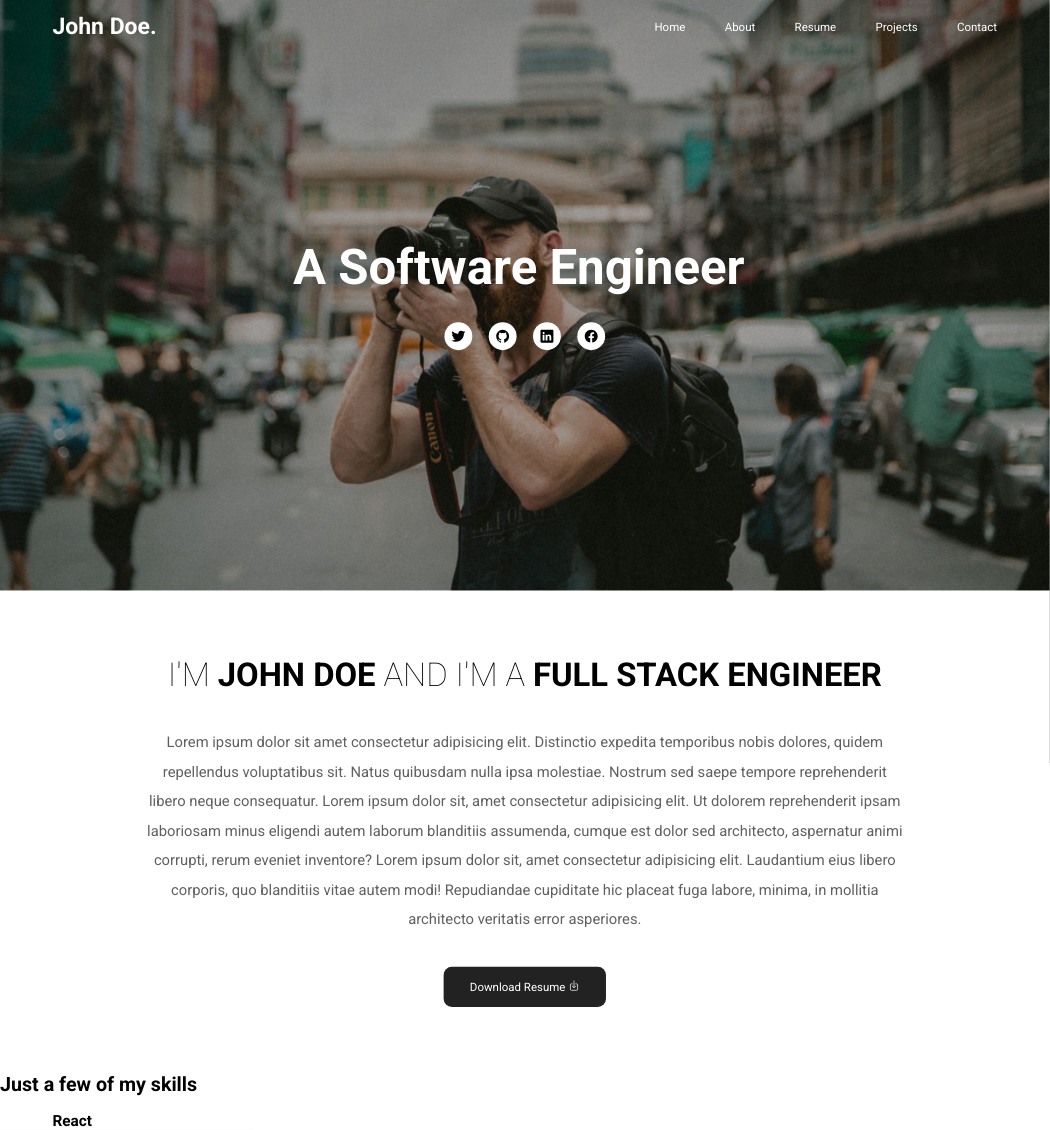
Repository: DevAntonioRogers/portfolio-tutorial
Page: index.html
The author's editor kept a copy of each file at every save. The page is drawn from the files as they stood at one save, then again after the next save.
The browser window is 1280 px wide. The pictures show the whole page, at 82% of full size.
Backgrounds fixed to the window are drawn as part of the page.

Above is the page before, as saved 2023-10-31 23:33:11.

### index.html
<!DOCTYPE html>
<html lang="en">
  <head>
    <meta charset="UTF-8" />
    <meta
      name="viewport"
      content="width=device-width, initial-scale=1.0"
    />
    <script src="https://unpkg.com/typed.js@2.0.16/dist/typed.umd.js"></script>
    <script
      type="module"
      src="https://unpkg.com/ionicons@7.1.0/dist/ionicons/ionicons.esm.js"
    ></script>
    <script
      nomodule
      src="https://unpkg.com/ionicons@7.1.0/dist/ionicons/ionicons.js"
    ></script>
    <link rel="stylesheet" href="./styles/main.css" />
    <title>John Doe Portfolio</title>
  </head>
  <body>
    <!-------- NAVBAR --------->
    <header>
      <nav role="navigation" aria-label="Navigation">
        <div class="container navbar">
          <h1>John Doe.</h1>

          <ul class="nav-menu">
            <li><a href="#home">Home</a></li>
            <li><a href="#about">About</a></li>
            <li><a href="#resume">Resume</a></li>
            <li><a href="#projects">Projects</a></li>
            <li><a href="#contact">Contact</a></li>
          </ul>

          <button
            aria-label="Toggle Mobile Menu"
            class="hamburger"
          >
            <span class="bar"></span>
            <span class="bar"></span>
            <span class="bar"></span>
          </button>
        </div>
      </nav>
    </header>

    <main>
      <!--HERO SECTION -->
      <section id="home" class="hero">
        <div class="hero-overlay"></div>
        <div class="container hero-content">
          <div class="hero-text">
            <h2 id="typed-text"></h2>
          </div>

          <div
            class="hero-socials"
            aria-label="Social Media Links"
          >
            <a href="#" aria-label="Twitter Link"
              ><ion-icon name="logo-twitter"></ion-icon
            ></a>
            <a href="#" aria-label="Github Link"
              ><ion-icon name="logo-github"></ion-icon
            ></a>
            <a href="#" aria-label="LinkedIn Link"
              ><ion-icon name="logo-linkedin"></ion-icon
            ></a>
            <a href="#" aria-label="Facebook Link"
              ><ion-icon name="logo-facebook"></ion-icon
            ></a>
          </div>
        </div>
      </section>

      <!--ABOUT SECTION-->
      <section class="about" id="about">
        <div class="container">
          <h1>
            I'm <strong>John Doe</strong> and I'm a
            <strong>full stack engineer</strong>
          </h1>

          <div class="about-info">
            <p>
              Lorem ipsum dolor sit amet consectetur
              adipisicing elit. Distinctio expedita
              temporibus nobis dolores, quidem repellendus
              voluptatibus sit. Natus quibusdam nulla ipsa
              molestiae. Nostrum sed saepe tempore
              reprehenderit libero neque consequatur. Lorem
              ipsum dolor sit, amet consectetur adipisicing
              elit. Ut dolorem reprehenderit ipsam
              laboriosam minus eligendi autem laborum
              blanditiis assumenda, cumque est dolor sed
              architecto, aspernatur animi corrupti, rerum
              eveniet inventore? Lorem ipsum dolor sit, amet
              consectetur adipisicing elit. Laudantium eius
              libero corporis, quo blanditiis vitae autem
              modi! Repudiandae cupiditate hic placeat fuga
              labore, minima, in mollitia architecto
              veritatis error asperiores.
            </p>
          </div>

          <button
            class="about-button"
            aria-label="Download Resume Button"
          >
            Download Resume
            <ion-icon
              name="download-outline"
              aria-hidden="true"
            ></ion-icon>
          </button>
        </div>
      </section>

      <!--SKILLS SECTION-->
      <section class="skills" id="skills">
        <h1>Just a few of my <strong>skills</strong></h1>
        <div class="container skill-grid">
          <div class="skill">
            <ion-icon
            name=""logo-react"
            class="skill-icon"
            aria-hidden="true"
            ></ion-icon>
            <h3>React</h3>
            <p></p>
          </div>
        </div>
      </section>
    </main>

    <script src="./app.js"></script>
  </body>
</html>

### styles/main.css
@import url("https://fonts.googleapis.com/css2?family=Roboto:wght@100;400;500;700&display=swap");
@import url(./navbar.css);
@import url(./hero.css);
@import url(./about.css);

* {
  box-sizing: border-box;
  padding: 0;
  margin: 0;
  font-family: "Roboto", sans-serif;
}

html {
  scroll-behavior: smooth;
}

li {
  list-style: none;
}

a {
  text-decoration: none;
  color: inherit;
}

button {
  outline: none;
  border: none;
  background: inherit;
}

.container {
  width: 90%;
  margin: 0 auto;
  max-width: 1400px;
  height: 100%;
}

article {
  padding: 20px 0;
  display: flex;
  flex-direction: column;
  gap: 10px;
  border: solid 1px #dad9d9;
}

### app.js
//NAVBAR

const hamburger = document.querySelector('.hamburger')
const navMenu = document.querySelector('.nav-menu')
const body = document.querySelector('body')
const navLinks = navMenu.querySelectorAll('li');

hamburger.addEventListener('click', () => {
  hamburger.classList.toggle('active')
  navMenu.classList.toggle('active')
  body.classList.toggle("no-scroll")
})

function closeMenu() {
  hamburger.classList.remove('active')
  navMenu.classList.remove('active')
  body.classList.remove("no-scroll")
}

navLinks.forEach((link) => {
  link.addEventListener('click', closeMenu)
})

//TYPING DELETING TEXT
function initTypedText() {
  const options = {
    strings: [
      "Hello, I'm John Doe",
      "A Software Engineer",
      "From New York",
    ],
    typeSpeed: 50,
    backSpeed: 30,
    backDelay: 1000,
    startDelay: 500,
    loop: true,
  }
  const typed = new Typed("#typed-text", options)
}

initTypedText()

### styles/navbar.css
nav {
  background-color: transparent;
  position: fixed;
  width: 100%;
  z-index: 999;
  top: 0;
  left: 0;
  padding: 1rem 0;
}

.navbar {
  display: flex;
  justify-content: space-between;
  align-items: center;
}

.navbar h1 {
  color: white;
  font-size: 28px;
}

.nav-menu {
  display: flex;
  gap: 3rem;
  align-items: center;
}

.nav-menu li {
  font-size: 14px;
  color: white;
}

.bar {
  background-color: white;
  display: block;
  width: 23px;
  height: 2px;
  margin: 5px auto;
  transition: all 0.3s ease-in-out;
}

.hamburger {
  display: none;
  z-index: 999;
}

@media only screen and (max-width: 768px) {
  .hamburger {
    display: block;
  }

  .nav-menu {
    position: fixed;
    top: 0;
    right: 0;
    width: 100%;
    height: 100%;
    flex-direction: column;
    align-items: center;
    background-color: black;
    padding: 20px 0;
    z-index: 10;
    transition: 0.3s ease-in-out;
    gap: 5rem;
    padding-top: 6rem;
    left: -100%;
  }

  .nav-menu.active {
    left: 0;
  }

  .hamburger.active .bar:nth-child(2) {
    opacity: 0;
  }

  .hamburger.active .bar:nth-child(1) {
    transform: translateY(8px) rotate(45deg);
  }

  .hamburger.active .bar:nth-child(3) {
    transform: translatey(-6px) rotate(-45deg);
  }
}

### styles/hero.css
.hero {
  position: relative;
  height: 100vh;
  background: url(/assets/hero.jpg);
  background-size: cover;
  z-index: 1;
  background-attachment: fixed;
}

.hero-overlay {
  position: absolute;
  width: 100%;
  height: 100%;
  background-color: #0000005e;
  top: 0;
  left: 0;
  z-index: 1;
}

.hero-content {
  display: flex;
  gap: 2rem;
  flex-direction: column;
  align-items: center;
  justify-content: center;
  position: relative;
  z-index: 2;
  color: white;
}

.hero-socials {
  display: flex;
  align-items: center;
  gap: 20px;
}

.hero-socials ion-icon {
  background-color: white;
  color: black;
  padding: 8px;
  border-radius: 100%;
  font-size: 18px;
}

.hero-text {
  display: flex;
}

.hero-content h2 {
  font-size: 60px;
}

.typed-cursor {
  font-size: 60px;
  opacity: 1;
}

@media only screen and (max-width: 650px) {
  .hero-content h2 {
    font-size: 30px;
  }

  .typed-cursor {
    font-size: 30px;
    opacity: 1;
  }
}

### styles/about.css
.about {
  padding: 5rem 0;
  text-align: center;
}

.about-info {
  display: flex;
  gap: 20px;
  margin: 40px 0;
}

.about h1 {
  font-weight: 100;
  font-size: 40px;
  text-transform: uppercase;
}

.about p {
  font-size: 18px;
  color: rgb(97, 95, 95);
  line-height: 2;
  max-width: 80%;
  margin: 0 auto;
}

.about-button {
  padding: 1rem 2rem;
  background: #222;
  color: white;
  border: none;
  border-radius: 10px;
  font-size: 14px;
  cursor: pointer;
}

.about-button:hover {
  background-color: black;
  transition: 0.3s ease-in-out;
}

After the next save:
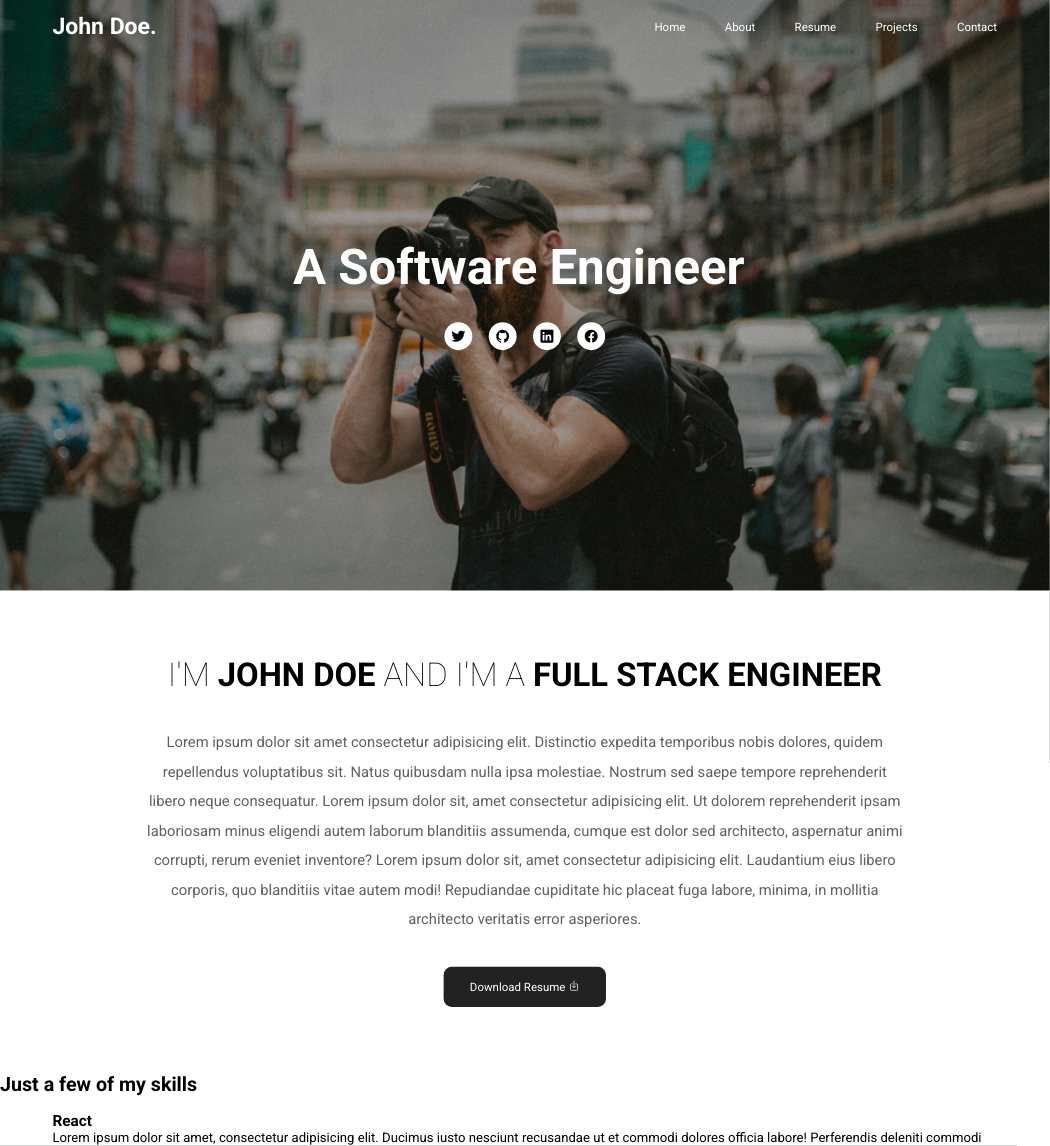
Saved 6 s later.
--- a/index.html
+++ b/index.html
@@ -128,7 +128,12 @@
             aria-hidden="true"
             ></ion-icon>
             <h3>React</h3>
-            <p></p>
+            <p>
+              Lorem ipsum dolor sit amet, consectetur
+              adipisicing elit. Ducimus iusto nesciunt
+              recusandae ut et commodi dolores officia
+              labore! Perferendis deleniti commodi
+            </p>
           </div>
         </div>
       </section>
